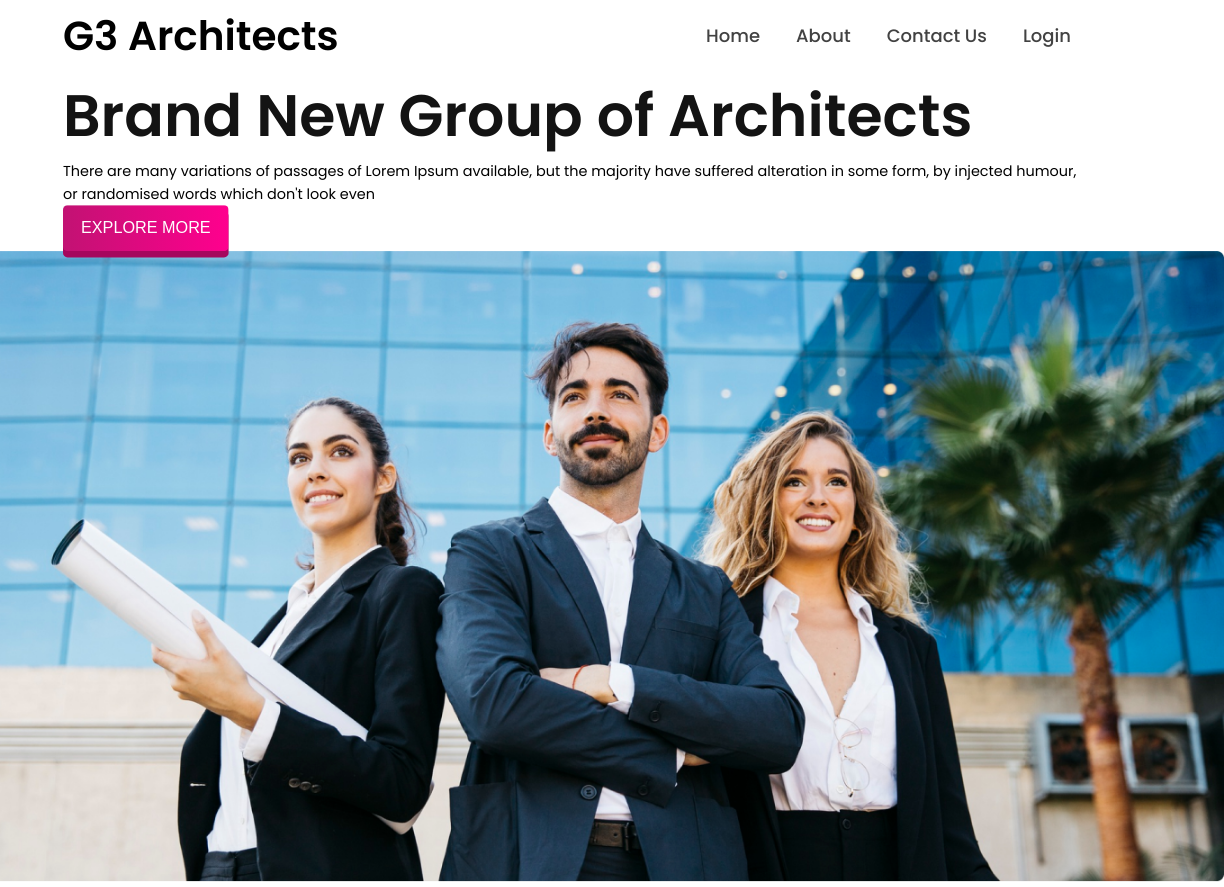
Repository: mdrubel02/G3_Architects
Page: index.html
These files come from the project's save history. The page is drawn as it stood at one moment and after the next save; the edit follows.
The browser window is 1280 px wide. The page is 1360 px wide, so the pictures cover 1360 px, including what lies to the right of the window. The pictures show the whole page, at 90% of full size.

Above is the page before, as saved 2023-01-14 23:04:47.

After the next save:
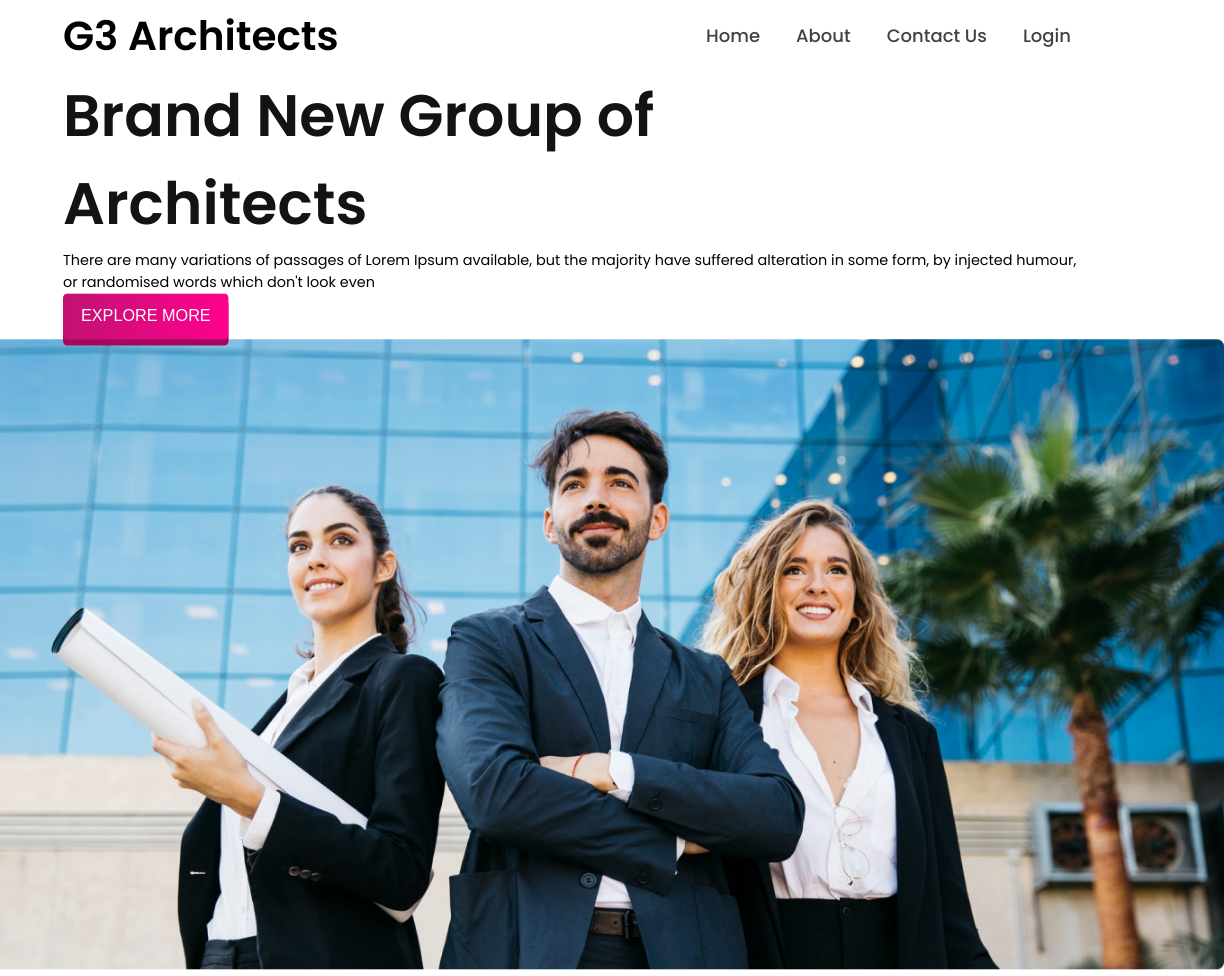
Saved 52 s later.
--- a/style.css
+++ b/style.css
@@ -102,4 +102,5 @@
     font-size: 65px;
     font-weight: 700;
     color: #131313;
+    width: 850px;
 }
